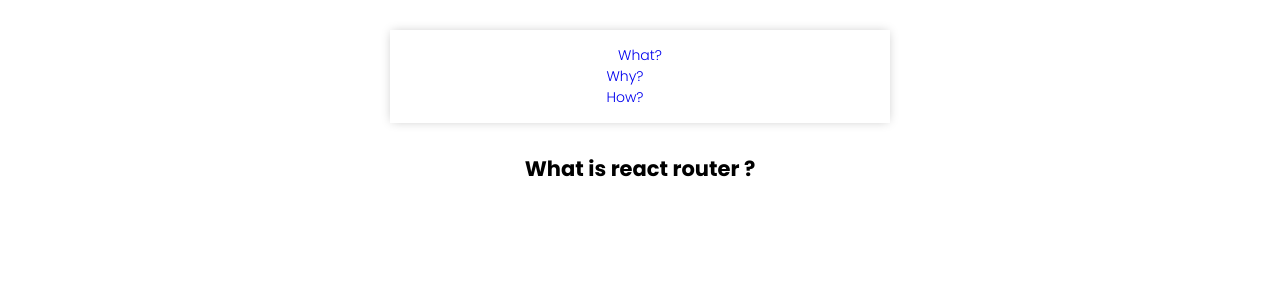
Repository: nguy3nds/2021-18-9-react
Page: /
An editor plug-in stored every save of this project. The page is shown before and after the next save, followed by the edit.
The browser window is 1280 px wide. The pictures show the whole page.
The project was rebuilt for these pictures with package versions that can differ from the ones it lists, and the page was loaded fresh each time. Also part of the build but not shown: src/components/How.js, src/components/Why.js.

Above is the page before, as saved 2021-09-18 23:38:19.

After the next save:
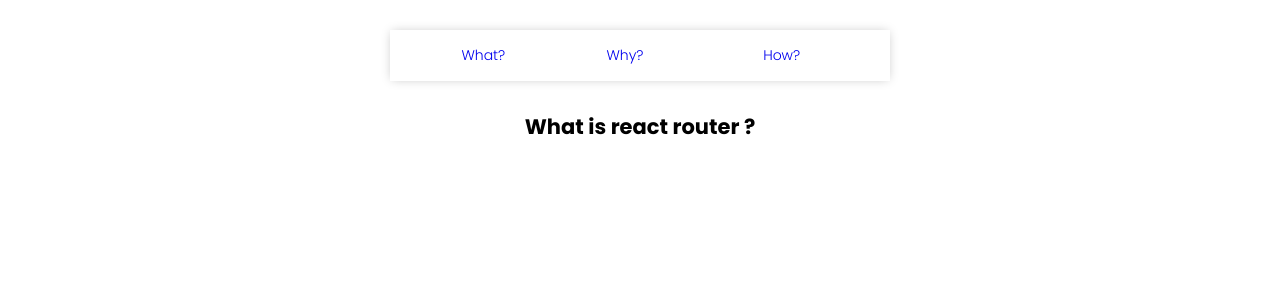
Saved 44 s later.
--- a/src/App.css
+++ b/src/App.css
@@ -59,7 +59,7 @@ button {
   max-width: 500px;
   margin: 30px auto;
   display: grid;
-  grid-column: 3;
+  grid-template-columns: 1fr 1fr 1fr;
   justify-content: center;
   background-color: white;
   padding: 1.5rem;
